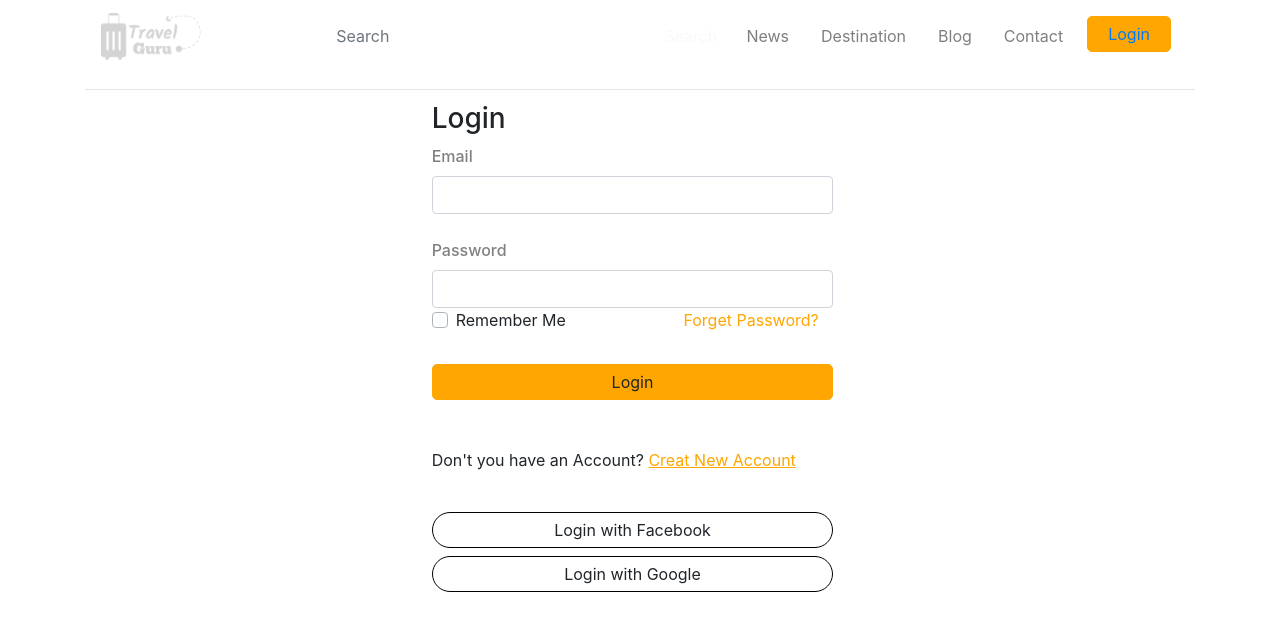
Repository: YunProgrammer/travel-website-project-tho
Page: /login (app in client/)
The author's editor kept a copy of each file at every save. The page is drawn from the files as they stood at one save, then again after the next save.
The browser window is 1280 px wide. The pictures show the whole page.
The project was rebuilt for these pictures with package versions that can differ from the ones it lists, and the page was loaded fresh each time. A package was used in the major version that the imports need, not the one package.json lists. Also part of the build but not shown: client/src/App.css, client/src/Components/HomePage/data.js, client/src/Components/HomePage/HomePage.js, client/src/Components/BookingPage/BookingPage.js, client/src/Components/PrivateRoute/PrivateRoute.js, client/src/Components/SearchPage/searchData.js, client/src/Components/SearchPage/SearchShower.js, client/src/Components/SearchPage/SearchPage.js and 2 more.

Above is the page before, as saved 2020-09-19 21:53:31.

### client/src/index.js
// import React from 'react';
// import ReactDOM from 'react-dom';
// import './index.css';
// import App from './App';
// import * as serviceWorker from './serviceWorker';
// import './index.css';
// import { BrowserRouter } from 'react-router-dom';
// ReactDOM.render(
//   <React.StrictMode>
//     <BrowserRouter>
//     <App />
//     </BrowserRouter>
//   </React.StrictMode>,
//   document.getElementById('root')
// );

// If you want your app to work offline and load faster, you can change
// unregister() to register() below. Note this comes with some pitfalls.
// Learn more about service workers: https://bit.ly/CRA-PWA
// serviceWorker.unregister();
import React from 'react';
import ReactDOM from 'react-dom/client';
import './index.css';
import App from './App';
import { BrowserRouter } from 'react-router-dom';
import { AuthProvider } from './Components/authProvider';
const root = ReactDOM.createRoot(document.getElementById('root'));
root.render(
  <React.StrictMode>
    <BrowserRouter>
    <AuthProvider>
        <App />
    </AuthProvider>
    </BrowserRouter>

  </React.StrictMode>
);

### client/src/index.css
@import url('https://fonts.googleapis.com/css2?family=Open+Sans:wght@400;500;600;700&display=swap');


body {
  margin: 0;
  font-family: -apple-system, BlinkMacSystemFont, 'Segoe UI', 'Roboto', 'Oxygen',
    'Ubuntu', 'Cantarell', 'Fira Sans', 'Droid Sans', 'Helvetica Neue',
    sans-serif;
  -webkit-font-smoothing: antialiased;
  -moz-osx-font-smoothing: grayscale;
}

code {
  font-family: source-code-pro, Menlo, Monaco, Consolas, 'Courier New',
    monospace;
}
@tailwind base;
@tailwind components;
@tailwind utilities;

### client/src/App.js
import React from 'react';
import { createContext, useState } from 'react';
import './App.css';
import {
  BrowserRouter as Router,
  Switch,
  Route
} from "react-router-dom";
import HomePage from './Components/HomePage/HomePage';
import BookingPage from './Components/BookingPage/BookingPage';
import NavBar from './Components/NavBar/NavBar';
import LogInPage from './Components/LogInPage/LogInPage';
import PrivateRoute from './Components/PrivateRoute/PrivateRoute';
import SearchPage from './Components/SearchPage/SearchPage';
import NotFoundPage from './Components/NotFoundPage/NotFoundPage';

export const userStatusContext = createContext();

function App() {
  const[userStatus, setUserStatus] = useState({
    isNewUser: false,
    pageName: "",
  });

  return (
    <userStatusContext.Provider value={[userStatus, setUserStatus]}>
    <Router>
      <NavBar />
      <Switch>
        <Route exact path="/" component={HomePage} />
        <Route exact path="/booking/:category" component={BookingPage} />
        <Route exact path="/login" component={LogInPage} />
        <PrivateRoute exact path="/searches">
          <SearchPage />
        </PrivateRoute>
        <Route exact path="*" component={NotFoundPage}/>
      </Switch>
    </Router>
    </userStatusContext.Provider>
  );
}

export default App;

### client/src/Components/authProvider/index.js
import { createContext, useState } from "react";

const AuthContext = createContext({});

export const AuthProvider = ({ children }) => {
    const [auth, setAuth] = useState({});

    return (
        <AuthContext.Provider value={{ auth, setAuth }}>
            {children}
        </AuthContext.Provider>
    )
}

export default AuthContext;

### client/src/Components/NavBar/NavBar.js
import React, { useContext } from 'react';
import logo from '../../images/Logo.png';
import '../HomePage/HomePage.css';
import { Link } from "react-router-dom";
import * as firebase from "firebase/app";
import { Form, FormControl, Nav, Navbar, Container, Button} from 'react-bootstrap';
import { userStatusContext } from '../../App';

const NavBar = () => {
    const[userStatus, setUserStatus] = useContext(userStatusContext);

    //signOut operation starts from here
    const signOut = () => {
        firebase
        .auth()
        .signOut()
        .then(function() {
            // Sign-out successful.
        })
        .catch(function(error) {
        // An error happened.
        });

        //deleting authorized property
        const updateUserStatus = {...userStatus};
        delete updateUserStatus.authorized;
        setUserStatus(updateUserStatus);
    }
    //signOut operation ends from here.....

    const NavLinksClassVersion = "ml-sm-2 ml-3 mr-sm-2 mr-3 navLinks";

    return (
        <div>
            <Container className="fixed-top">
            <Navbar className="myNavStyle">
            <Navbar.Brand><Link to="/"><img src={logo} alt="" className="logo"/></Link></Navbar.Brand>
            <Navbar.Toggle aria-controls="basic-navbar-nav" />
            <Navbar.Collapse id="basic-navbar-nav">
                <Form inline className="ml-sm-2 ml-md-auto">
                <FormControl type="text" placeholder="Search" className="mr-sm-2 border border-white rounded-pill mySearchStyle"/>
                <Button variant="outline-light" className="border border-white rounded-pill">Search</Button>
                </Form>
                <Nav>
                <Nav.Link href="#" className={NavLinksClassVersion}>News</Nav.Link>
                <Nav.Link href="#" className={NavLinksClassVersion}>Destination</Nav.Link>
                <Nav.Link href="#" className={NavLinksClassVersion}>Blog</Nav.Link>
                <Nav.Link href="#" className={NavLinksClassVersion}>Contact</Nav.Link>
                {
                    userStatus.authorized
                    ?   <button className="ml-sm-2 ml-3 mr-sm-2 mr-3 myBtn" onClick={signOut}>Logout</button>
                    :   <Link to="/login"><button className="ml-sm-2 ml-3 mr-sm-2 mr-3 myBtn">Login</button></Link>
                }
                </Nav>
            </Navbar.Collapse>
            </Navbar>
            <hr/>
            </Container>
        </div>
    );
};

export default NavBar;

### client/src/Components/LogInPage/LogInPage.js
import React, { useContext, useState } from 'react';
import '../HomePage/HomePage.css';
import { Link, useHistory, useLocation } from "react-router-dom";
import { Form, Row, Col, Alert } from 'react-bootstrap';
import * as firebase from "firebase/app";
import "firebase/auth";
import firebaseConfig from '../../firebase.config';
import { userStatusContext } from '../../App';


//styling portion is here
const LogInPageStyle = {
    LogInPageStyle:{
        paddingTop: '8%',
        paddingBottom: '2%',
    },
    inputText:{
        color: 'grey',
        fontWeight: '500',
    },
    optionalBtn:{
        width: '100%',
        border:'1px solid black',
        borderRadius: '25px',
        padding: '5px 0px',
    },
    link:{
        color: 'rgb(255, 166, 0)',
        cursor: 'pointer',
        textDecoration: 'underline',
    }

}
//Styling portion ends here


//firebase initialization
firebase.initializeApp(firebaseConfig);


const LogInPage = () => {

    const[userStatus, setUserStatus] = useContext(userStatusContext); //Calling Context api
    console.log(userStatus);
    const[authCondition, setAuthCondition] = useState({});

    //things for private routing
    const history = useHistory();
    const location = useLocation();
    const { from } = location.state || { from: { pathname: "/" } };
    //things for private routing ends here.....
    // & the rest thing is below.....

    const updatingAuthCondition = (boolean, message) =>{
        const authStatus = {
            authSuccess: boolean,
            authMessage: message,
        }
        setAuthCondition(authStatus);
    }

    //showing alert if password didn't match while creating a new account
    const [show, setShow] = useState(false);
    const myAlert =
        <Alert variant="danger" onClose={() => setShow(false)} dismissible>
        <Alert.Heading>Your Password didn't match</Alert.Heading>
        <p>Make sure that you type the same password in the 'confirmPassword' box which you gave in the 'password' box. </p>
    </Alert>;
    //showing alert ends here.....

    //Google LogIn starts here
    const loginWithGoogle = () =>{
        const provider = new firebase.auth.GoogleAuthProvider(); //declaring Google Provider
        const updateUserStatus = {...userStatus};
        firebase
        .auth()
        .signInWithPopup(provider)
        .then(function(result) {
            var user = result.user;
            //updating userStatus
            updateUserStatus.email= user.email;
            updateUserStatus.authorized= user.email;
            updatingAuthCondition(true, "You've signed in successfully");
            history.replace(from);
          })
        .catch(function(error) {
            var errorMessage = error.message;
            updatingAuthCondition(false, errorMessage);
        });
        setUserStatus(updateUserStatus);
    }
    //Google LogIn ends here.....


    //Facebook LogIn starts here
    const loginWithFacebook = () =>{
        const fbProvider = new firebase.auth.FacebookAuthProvider(); //declaring Facebook Provider
        const updateUserStatus = {...userStatus};
        firebase
        .auth()
        .signInWithPopup(fbProvider)
        .then(function(result) {
            const user = result.user;
            //updating userStatus
            updateUserStatus.email= user.email;
            updateUserStatus.authorized= user.displayName;
            updatingAuthCondition(true, "You've signed in successfully");
            history.replace(from);
        })
        .catch(function(error) {
            const errorMessage = error.message;
            updatingAuthCondition(false, errorMessage);
        });
        setUserStatus(updateUserStatus);
    }
    //Facebook LogIn ends here.....


    //"Declaring SignUp or SignIn option" starts here
    const signInOrSignUpDeclaration = (operationName) => {
        const updateUserStatus = {...userStatus};
        if (operationName === 'signIn') {
            updateUserStatus.isNewUser= false;
        }
        else if (operationName === 'signUp') {
            updateUserStatus.isNewUser= true;
        }
        setUserStatus(updateUserStatus);
    }
    //"Declaring SignUp or SignIn option" ends here.....


    //taking Inputs from inputFields and updating contextApi
    const takingFieldDataAndUpdatingContextAPI = e =>{
        const name = e.target.name;
        const value = e.target.value;
        let isInputFieldValid = true;

        //password and email validation
        if(name === 'email'){
            isInputFieldValid = /\S+@\S+\.\S+/.test(value);
            if (isInputFieldValid === true) {
                updatingAuthCondition(true, "  ");
            }else{
                updatingAuthCondition(false, "Invalid email");
            }
        }
        if(name === 'password'){
            isInputFieldValid = /^(?=.*\d)(?=.*[a-z])(?=.*[A-Z])[0-9a-zA-Z]{6,}$/.test(value);
            //checking at least 6 characters(one number, one uppercase & one lowercase)
            console.log(isInputFieldValid);
            if (isInputFieldValid === true) {
                updatingAuthCondition(true, "  ");
            }else{
                updatingAuthCondition(false, "Invalid password");
            }
        }
        if(name === 'confirmPassword'){
            if (userStatus.confirmPassword === userStatus.password) {
                setShow(false);
            }else{
                setShow(true);
            }
        }
        if (isInputFieldValid) {
            const userInfo = {...userStatus};
            userInfo[name] = value;
            setUserStatus(userInfo);
        }
    }
    //taking Inputs from inputFields and updating contextApi ends here.....


    //Sign in or Sign up Option starts from here
    const signUpOrSignInOperation = e => {

        // SigningIn of an already existing user
        if (userStatus.isNewUser === false ) {
            firebase
            .auth()
            .signInWithEmailAndPassword(userStatus.email, userStatus.password)
            .then( res =>{
                updatingAuthCondition(true, "You've signed in successfully");
                const updateUserStatus = {...userStatus};
                updateUserStatus.authorized= res.user.email;
                setUserStatus(updateUserStatus);
                history.replace(from);
            })
            .catch(function(error) {
                const errorMessage = error.message;
                updatingAuthCondition(false, errorMessage)
            });
        }

        //Creating a new User Account
        if (userStatus.isNewUser === true) {

            updatingAuthCondition(false, '');

            if (userStatus.confirmPassword === userStatus.password) {
                setShow(false);
                firebase
                .auth()
                .createUserWithEmailAndPassword(userStatus.email, userStatus.password)
                .then(res => {
                    const updateUserStatus = {...userStatus};
                    updateUserStatus.isNewUser= false;
                    updateUserStatus.authorized= res.user.email;
                    // console.log("account created");
                    setUserStatus(updateUserStatus);
                    history.replace(from);
                })
                .catch(function(error) {
                    const errorMessage = error.message;
                    console.log(errorMessage);
                });
            }
            else{ setShow(true) }
        }

        e.preventDefault();
    }
    //Sign in or Sign up Option ends from here



    return (

        <div style={LogInPageStyle.LogInPageStyle}>
            <Row style={{marginRight:"0px"}}>
            <Col md={4}></Col>

            <Col sm={12} md={4}>

                { show && myAlert }
                {authCondition.authSuccess ===true && <p style={{color: 'green'}}>{authCondition.authMessage}</p> }
                {authCondition.authSuccess ===false && <p style={{color: 'red'}}>{authCondition.authMessage}</p> }

                {   /**Showing Conditionally 'Title'*/
                    userStatus.isNewUser
                    ?<h3>Creat New Account</h3>
                    :<h3>Login</h3>
                    /**Showing Conditionally ends here*/
                }

                <Form>
                <Form.Group >

                    {   /**Showing Conditionally 'Name Fields'*/
                        userStatus.isNewUser && <div>
                            <Form.Label style={LogInPageStyle.inputText}>First Name</Form.Label>
                            <Form.Control type="text" name="fName" onBlur={takingFieldDataAndUpdatingContextAPI} />
                            <br/>
                            <Form.Label style={LogInPageStyle.inputText}>Last Name</Form.Label>
                            <Form.Control type="text" name="lName" onBlur={takingFieldDataAndUpdatingContextAPI} />
                            <br/>
                        </div>
                        /**Showing Conditionally ends here*/
                    }
                    <Form.Label style={LogInPageStyle.inputText}>Email{userStatus.isNewUser && <span style={{color:'red'}}>*</span>}</Form.Label>
                    <Form.Control type="email" name="email" onBlur={takingFieldDataAndUpdatingContextAPI} required />
                    <br/>

                    <Form.Label style={LogInPageStyle.inputText}>Password{userStatus.isNewUser && <span style={{color:'red'}}>*</span>}</Form.Label>
                    <Form.Control type="password" name="password" onBlur={takingFieldDataAndUpdatingContextAPI} required />

                    {userStatus.isNewUser && <p><small>Password must have 6 characters<i>(1 number, 1 uppercase and 1 lowercase)</i></small></p> }

                    {   /**Showing Conditionally 'confirm password' filed*/
                        userStatus.isNewUser && <div>
                            <Form.Label style={LogInPageStyle.inputText}>Confirm Password<span style={{color:'red'}}>*</span></Form.Label>
                            <Form.Control type="password" name="confirmPassword" onBlur={takingFieldDataAndUpdatingContextAPI} required />
                        </div>
                        /**Showing Conditionally ends here*/
                    }
                    <Row>
                        <Col sm={7}>
                            <Form.Check
                            type="checkbox"
                            id="customControlAutosizing"
                            label="Remember Me"
                            custom
                            />
                        </Col>
                        <Col sm={5}>
                            <Link style={{color: 'rgb(255, 166, 0)'}}><p>Forget Password?</p></Link>
                        </Col>
                    </Row>
                </Form.Group>
                    <button className="myBtn" style={{width: '100%'}} onClick={signUpOrSignInOperation}>
                        {   /**Showing Conditionally 'Button Name'*/
                            userStatus.isNewUser
                            ?'Creat New account'
                            :'Login'
                            /**Showing Conditionally ends here*/
                        }
                    </button>
                </Form>
                    <br/>
                    <br/>
                {
                    userStatus.isNewUser
                    ?<p>Already have an Account? <span style={LogInPageStyle.link} onClick={()=>signInOrSignUpDeclaration('signIn')}>Login</span></p>
                    :<p>Don't you have an Account? <span style={LogInPageStyle.link} onClick={()=>signInOrSignUpDeclaration('signUp')}>Creat New Account</span></p>
                }

                <br/>

                <button style={LogInPageStyle.optionalBtn} onClick={loginWithFacebook} className="mb-2">
                    Login with Facebook
                </button>
                <br/>

                <button style={LogInPageStyle.optionalBtn} onClick={loginWithGoogle}>
                    Login with Google
                </button>

            </Col>
            <Col md={4}></Col>
            </Row>
        </div>
    );
};

export default LogInPage;

### client/src/Components/HomePage/HomePage.css
@import url('https://fonts.googleapis.com/css2?family=Montserrat:ital,wght@0,500;0,700;1,300;1,600&display=swap');
.homePage{
    background: url(../../images/Image/Rectangle\ 1.png);
    box-shadow: inset 0 0 0 1000px rgba(0, 0, 0, 0.644);
    padding-top: 5%;
    padding-bottom: 5.5%;
    background-size: 100%;
    height: 100vh;
}
.homeMainPortion h1, .homeMainPortion p{
    color: white;
    font-family: 'Montserrat', sans-serif;
}
.SelectedPlace{
    padding-left: 30px;
    padding-top: 20px;
}
.SelectedPlace h1{
    text-transform: uppercase;
    font-size: 50px;
    font-weight: 800;
}
.headerImg{
    display: flex;
    justify-content: space-between;
}
.selectedItem{
    border: 4px solid orange;
}
.headerImg  img{
    width: 90%;
    background: linear-gradient(0.12deg, #000000 0.1%, rgba(0, 0, 0, 0) 69.96%);
    border-radius: 20px;
}
.headerImg  img:hover{
    box-sizing: border-box;
    border: 4px solid orange;
    overflow: hidden;
}
.logo{
    width: 100px;
    color: white;
    margin: 0px;
    filter: invert(100%);
}

.mySearchStyle{
    background-color: rgba(255, 255, 255, 0.239) !important;
    width: 20rem !important;
}

.myBtn{
    background-color: rgb(255, 166, 0);
    border: 1px solid rgb(255, 166, 0);
    border-radius: 5px;
    padding: 5px 20px;
    transition: all 600ms;
}
.myBtn:hover{
    background-color:rgb(255, 115, 0);
}
.homeMainPortion{
    padding: 50px 0px;
    padding-top: 5rem;
    margin: 0px;
}
.toggleBtn{
    font-size: 30px;
    width: 55px;
    height: 55px;
    border: 1px solid white;
    border-radius: 50%;
}
.toggleBtn:hover{
    background-color: orange;
}
.toggleBtn:nth-child(2){
    margin-left: 20px;
}
.controls{
    position: absolute;
    left: 50%;
    transform: translateX(-50%);
}

### client/src/firebase.config.js
const firebaseConfig = {
    apiKey: "AIzaSyA6GPOLMEMaNXbgFD-BDFOklLORKaBoGVE",
    authDomain: "travel-guru-aa.firebaseapp.com",
    databaseURL: "https://travel-guru-aa.firebaseio.com",
    projectId: "travel-guru-aa",
    storageBucket: "travel-guru-aa.appspot.com",
    messagingSenderId: "246451434793",
    appId: "1:246451434793:web:869d4ef5ee22dc2ddb7338"
  };
export default firebaseConfig;

Loaded but not shown: client/public/index.html (common file); client/tailwind.config.js (common file)

After the next save:
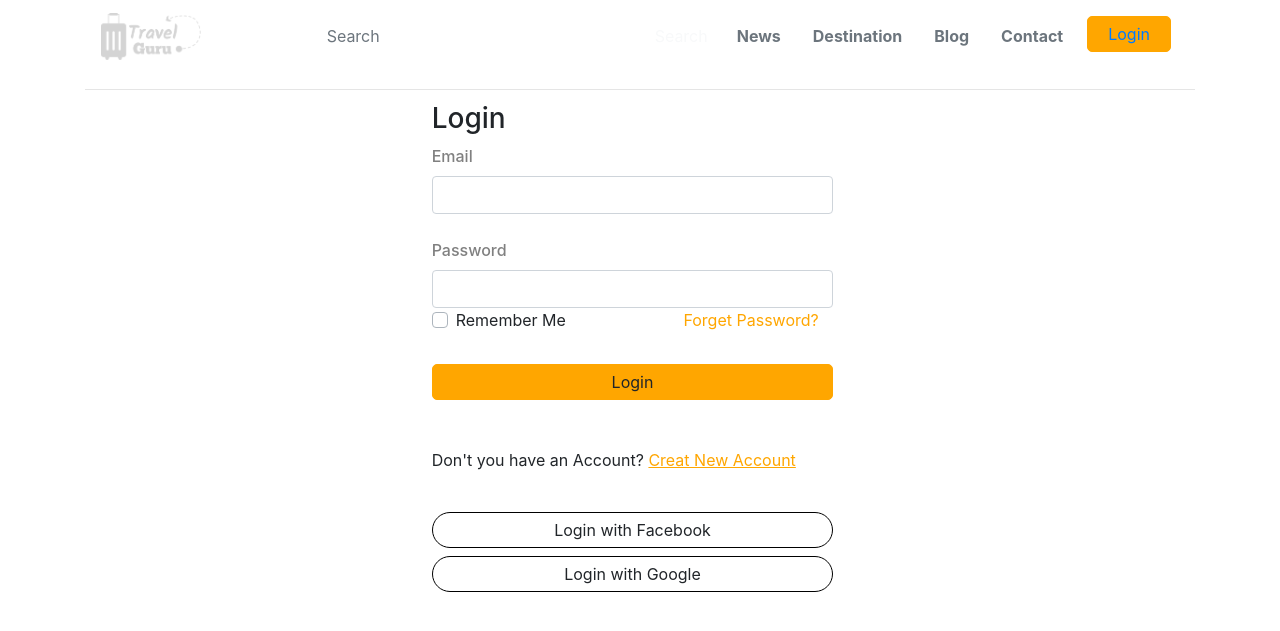
Saved 102 s later.
--- a/client/src/Components/NavBar/NavBar.js
+++ b/client/src/Components/NavBar/NavBar.js
@@ -28,7 +28,7 @@ const NavBar = () => {
     }
     //signOut operation ends from here.....
 
-    const NavLinksClassVersion = "ml-sm-2 ml-3 mr-sm-2 mr-3 navLinks";
+    const NavLinksClassVersion = "ml-sm-2 ml-3 mr-sm-2 mr-3 navLinks font-weight-bold text-secondary";
 
     return (
         <div>
